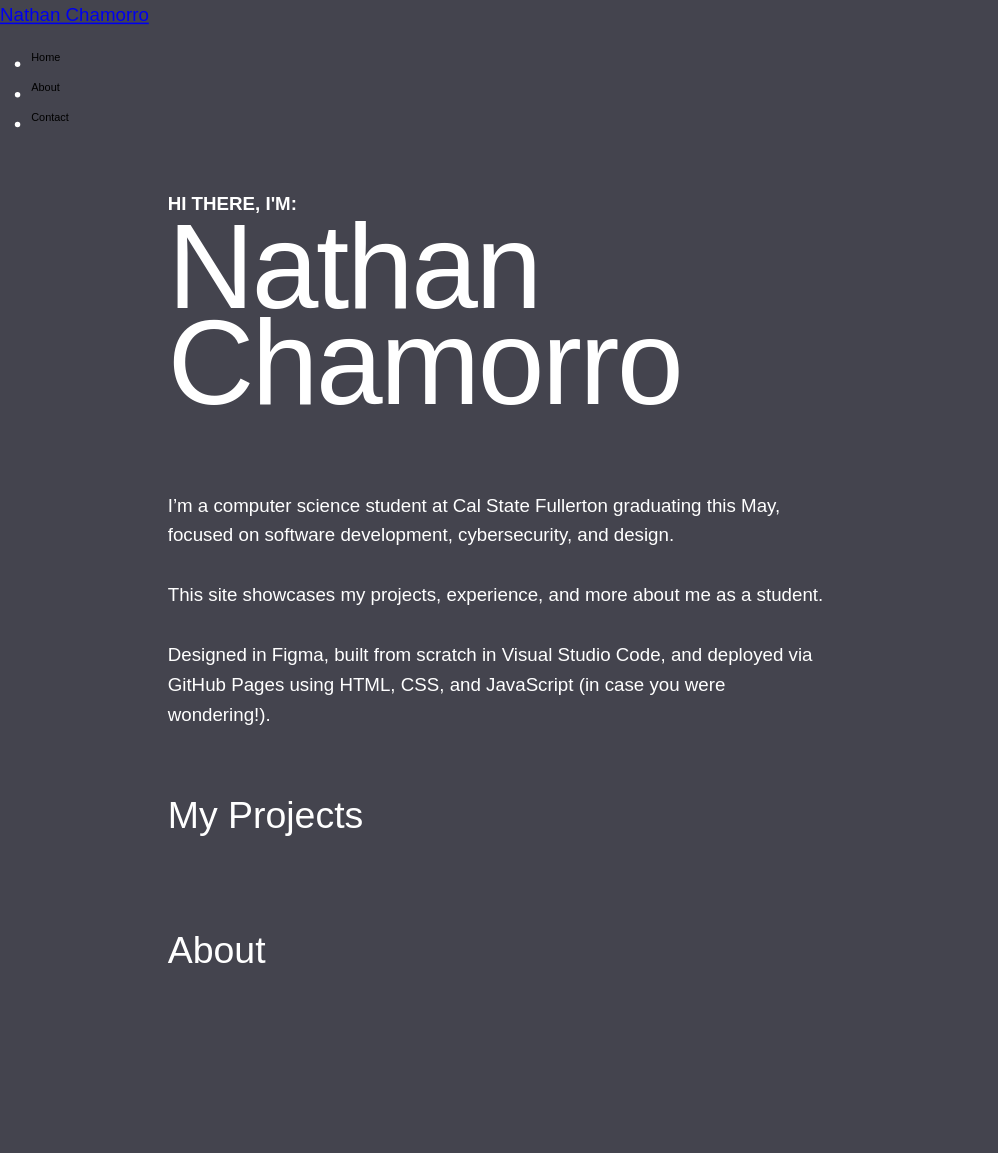
Repository: nathanchamorro1/nathanchamorro1.github.io
Page: index.html
These files come from the project's save history. The page is drawn as it stood at one moment and after the next save; the edit follows.
The browser window is 1280 px wide. The pictures show the whole page, at 78% of full size.
Some web fonts or font styles are not loaded; a fallback is used.

Above is the page before, as saved 2026-02-17 21:22:25.

### index.html
<!DOCTYPE html>
<html lang="en">

<head>
<meta charset="UTF-8">
<meta name="viewport" content = "width=device-width,initial-scale=1">
<title>Nathan Chamorro's Portfolio</title>
<link rel = "icon" type = "image/x-icon" href = "/assets/snoopy-favicon.ico">
<link rel="stylesheet" href="https://use.typekit.net/lhh1weh.css">
<link rel="stylesheet" href="css/style.css">
</head>
<body>

<div class="layout">
  <nav class="sidebar">
    <a href="#home" class="nav-logo">Nathan Chamorro</a>
    <ul>
      <li><a href="#home" class="nav-link">Home</a></li>
      <li><a href="#about" class="nav-link">About</a></li>
      <li><a href="#contact" class="nav-link">Contact</a></li>
      </ul>
      </nav>

  <main class="content">
    <div class="content-wrapper">
  <section class="hero">
    <h2 class="reveal">HI THERE, I'M:</h2>
    <h1 class="reveal">Nathan Chamorro</h1>
  </section>
      <p class="reveal">
        <br>I’m a computer science student at Cal State Fullerton graduating this May, focused on software development, cybersecurity, and design. <br>
        <br>This site showcases my projects, experience, and more about me as a student.<br>
        <br>Designed in Figma, built from scratch in Visual Studio Code, and deployed via GitHub Pages using HTML, CSS, and JavaScript (in case you were wondering!). <br>
      </p>
    </div>

        <section id="projects" class="content-wrapper">
      <h3 class="reveal">My Projects</h3>
    </section>

    <section id="about" class="content-wrapper">
      <h3 class="reveal">About</h3>
    </section>

    <section id="contact" class="content-wrapper">
      <h3 class="reveal">Contact</h3>
    </section>
  </main>
</div>
<script src = "js/script.js"></script>

### css/style.css
body {
  background-color: #44444E;
  color: white;
  margin: 0;
  font-family: museo-sans, sans-serif;
  font-weight: 300;
  font-style: normal;
  font-variation-settings: "slnt" 0, "wght" 400;
  line-height: 1.6;
  font-size: 1.5rem;
}

.content-wrapper {
  max-width: 850px;
  margin: 0 auto;
  padding: 0 40px;
  display: flex;
  flex-direction: column;
  gap: 40px;
  text-align: left;
}

.hero {
    min-height: auto;
    display: flex;
    align-items: flex-start;
    flex-direction: column;
    justify-content: flex-start;
    padding-top: 30px;
    padding-bottom: 0;
    text-align: left;
}

h1 {
    color: white;
    font-family: "instrument-serif", sans-serif;
    font-size: clamp(4.5rem, 12vw, 14rem);
    font-weight: 400;
    font-variation-settings: "wght" 400;
    line-height: 0.8;
    margin: 0;
    letter-spacing: -0.02em;
}

h2 {
    color: white;
    font-family: "museo-sans", sans-serif;
    font-weight: 900;
    font-variation-settings: "wght" 400;
    font-size: 1.5rem;
    opacity: 0.8;
    margin-bottom: 10px;
    line-height: 0.8;
}

h3 {
    color: white;
    font-family: "instrument-serif", sans-serif;
    font-weight: 400;
    font-variation-settings: "wght" 400;
    font-size: 3rem;
    opacity: 0.8;
    align-self: flex-start;
    text-align: left;
    width: 100%;
}

.reveal {
    opacity: 0;
    transform: translateY(20px);
    transition: opacity 0.7s ease, transform 0.7s ease;
}

.reveal-visible {
    opacity: 1;
    transform: translateY(0);
}

.navbar {
    position: fixed;
    top: 0;
    width: 100%;
    background: white;
    box-shadow: 0 2px 10px rgba(0,0,0,0.05);
    z-index: 1000;
}

.nav-container {
    max-width: 1000px;
    margin: 0 auto;
    display: flex;
    justify-content: space-between;
    align-items: center;
    padding: 15px 20px;
    position: fixed;
}

.nav-menu {
    list-style: none;
    display: flex;
    gap: 25px;
    margin: 0;
    padding: 0;
    position: fixed;
}

.nav-link {
    text-decoration: none;
    color: black;
    font-size: 14px;
    position: relative;
    position: fixed;
}

.nav-link:hover {
    opacity: 0.6;
}

.top-level-margin-hero {
    margin-bottom: 200px;
}

### js/script.js
const reveals = document.querySelectorAll(".reveal");

function revealOnScroll() {
  const windowHeight = window.innerHeight;

  reveals.forEach(el => {
    const elementTop = el.getBoundingClientRect().top;

    if (elementTop < windowHeight - 200) {
      el.classList.add("reveal-visible");
    }
  });
}

window.addEventListener("scroll", revealOnScroll);
revealOnScroll();

After the next save:
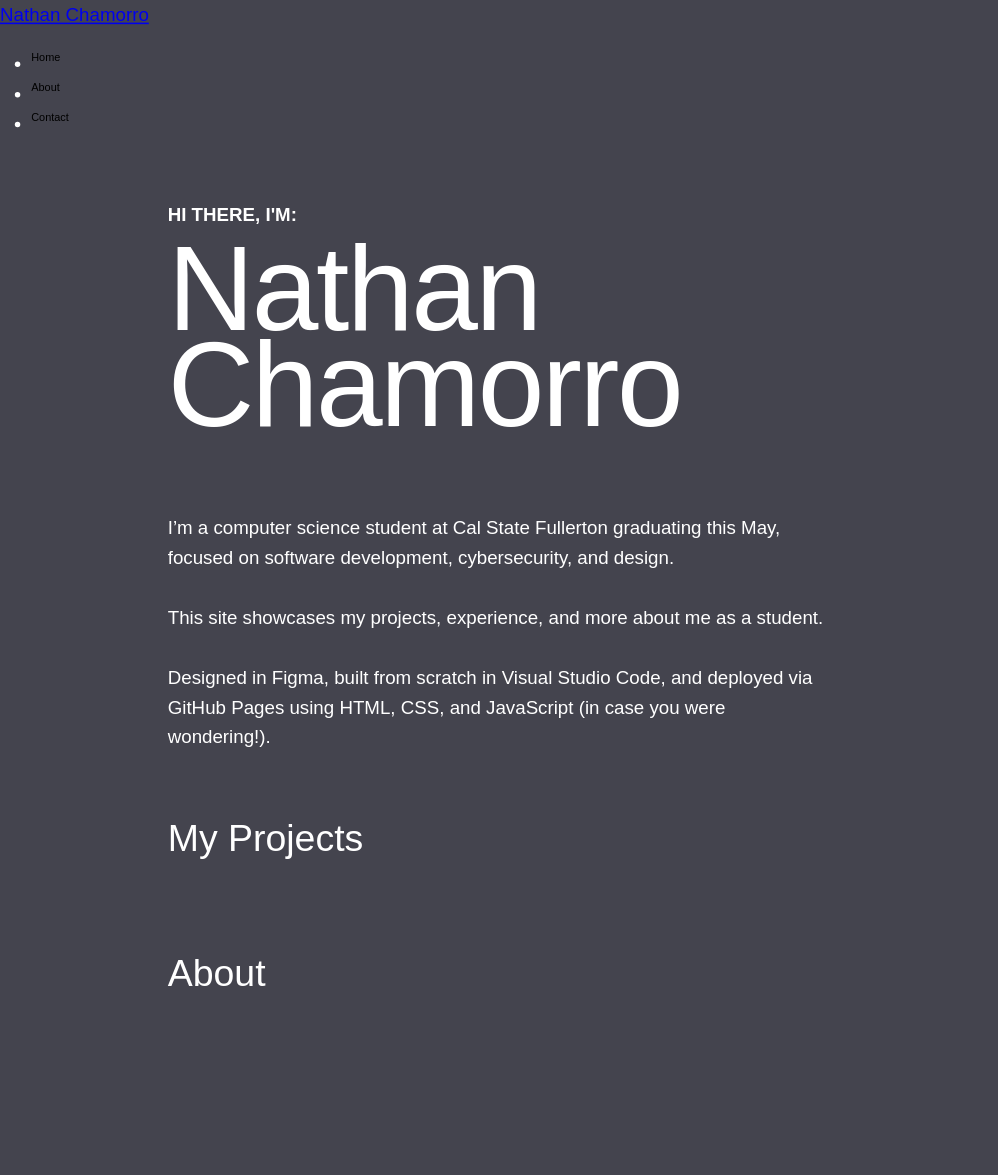
Saved 10 s later.
--- a/css/style.css
+++ b/css/style.css
@@ -50,7 +50,7 @@ h2 {
     font-size: 1.5rem;
     opacity: 0.8;
     margin-bottom: 10px;
-    line-height: 0.8;
+    line-height: 2;
 }
 
 h3 {
